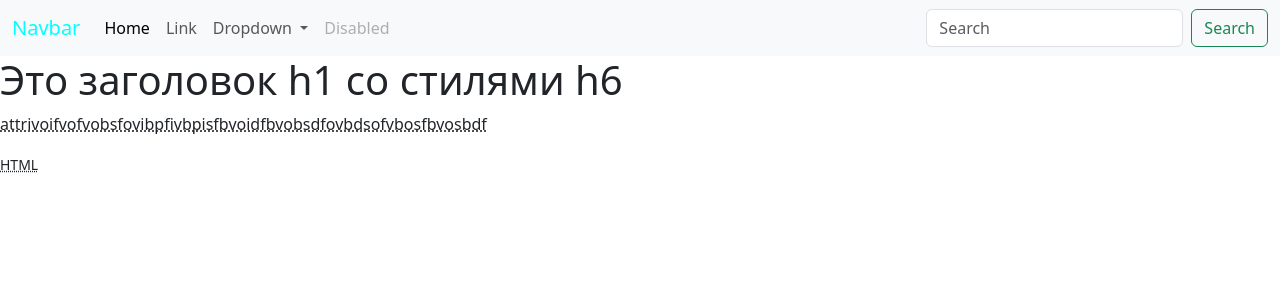
Repository: archangel88/elbrus_homework
Page: phase-0/week-3/day-5/css-bootstrap/index.html
An editor plug-in stored every save of this project. The page is shown before and after the next save, followed by the edit.
The browser window is 1280 px wide. The pictures show the whole page.

Above is the page before, as saved 2025-10-10 22:13:45.

After the next save:
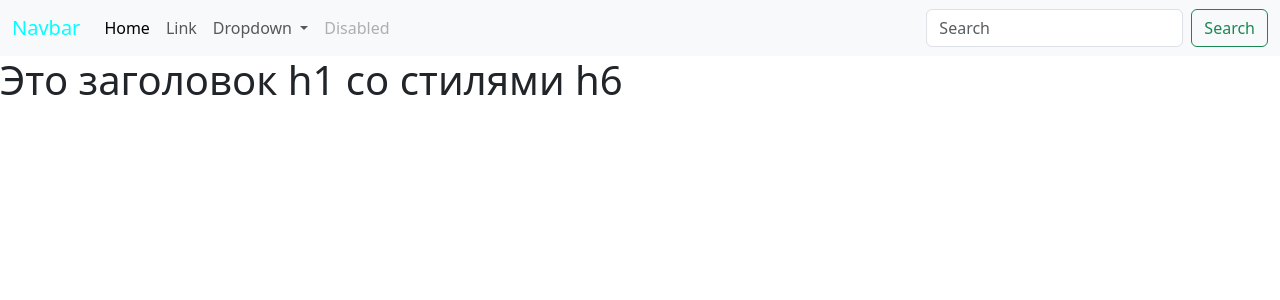
Saved 13 s later.
--- a/phase-0/week-3/day-5/css-bootstrap/index.html
+++ b/phase-0/week-3/day-5/css-bootstrap/index.html
@@ -47,7 +47,5 @@
 
 <h1 class="display-6">Это заголовок h1 со стилями h6</h1>
 
-<p><abbr title="attribute">attrivoifvofvobsfovibpfivbpisfbvoidfbvobsdfovbdsofvbosfbvosbdf</abbr></p>
-<p><abbr title="HyperText Markup Language" class="initialism">HTML</abbr></p>
 </body>
 </html>
